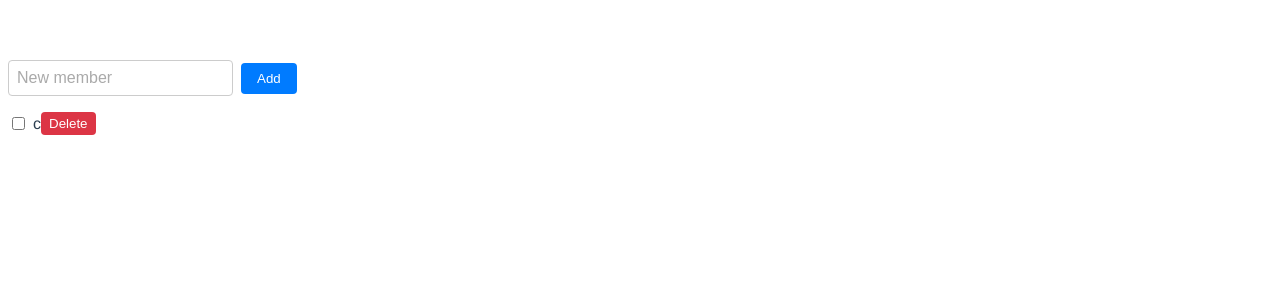
Repository: anhthu112/Todo-list
Page: /
These files come from the project's save history. The page is drawn as it stood at one moment and after the next save; the edit follows.
The browser window is 1280 px wide. The pictures show the whole page.
The project was rebuilt for these pictures with package versions that can differ from the ones it lists, and the page was loaded fresh each time. Requests to the local data server were answered from the project's data file. Also part of the build but not shown: vue.config.js.

Above is the page before, as saved 2024-02-01 09:36:44.

### src/App.vue
<template>
  <div class="container">
  <CompTodo/>
  </div>
</template>

<script>
import CompTodo from './components/CompTodo.vue';

export default {
  name: 'App',

  components: {
    CompTodo,
},
}
</script>

<style>
#app {
  font-family: Avenir, Helvetica, Arial, sans-serif;
  -webkit-font-smoothing: antialiased;
  -moz-osx-font-smoothing: grayscale;
  text-align: center;
  color: #2c3e50;
  margin-top: 60px;
}
</style>

### src/components/CompTodo.vue
<template>
    <div>
        <AddTodo @add-todo="addTodo" />
        <TodoItem
            v-for="todoItem in todo"
            :key="todoItem.id"
            :todoProps="todoItem"
            @item-complete="markComplete"
            @deleteItem="deleteItem(todoItem.id)"
        />
    </div>
</template>

<script>
import TodoItem from './TodoItem.vue';
import AddTodo from './AddTodo.vue';
import axios from 'axios';

export default {
    name: 'ToDo',
    data() {
        return {
            todo: []
        };
    },
    methods: {
        async getAlltodo() {
            try {
                const res = await axios.get('http://localhost:3000/posts');
                this.todo = res.data;
                console.log(res.data);
            } catch (err) {
                console.log(err);
            }
        },
        markComplete(todoItem) {
            console.log(todoItem);
            todoItem.completed = !todoItem.completed;
            console.log(todoItem.completed);
        },
        async deleteItem(itemId) {
            try {
                await axios.delete(`http://localhost:3000/posts/${itemId}`);
                console.log(`Item ${itemId} deleted.`);
                this.todo = this.todo.filter(item => item.id !== itemId);
            } catch (err) {
                console.log(err);
            }
        },
        async addTodo(newTodo) {
            try {
                const res = await axios.post('http://localhost:3000/posts', newTodo);
                console.log("New todo added:", res.data);
                this.todo.push(res.data);
            } catch (err) {
                console.log(err);
            }
        }
    },
    mounted() {
        this.getAlltodo();
    },
    components: {
        TodoItem,
        AddTodo,
    },
};
</script>

<style>
</style>

### src/components/TodoItem.vue
<template>
    <p :class="['todo-item', todoProps.completed ? 'is-complete' : '']">
      <input type="checkbox" :checked="todoProps.completed" v-on:change="markItemCompleted"/>
      {{ todoProps.title }}
      <button v-on:click="deleteItem" class="btn-delete">Delete</button>
    </p>

  </template>

  <script>
  export default {
      name: 'todo-item',
      data (){
        return {
        }
      },
      props: ['todoProps'],
      methods:{
        markItemCompleted(){
          this.$emit('item-complete',this.todoProps);
        },
        deleteItem(){
          this.$emit('deleteItem', this.todoProps);
        }
      }

  }
  </script>

  <style>
.todo-item {
  display: flex;
  align-items: center;
  margin-bottom: 8px;
  font-size: 16px;
}

.is-complete {
  text-decoration: line-through;
}

.is-complete {
  color: #888;
}


.todo-item input[type="checkbox"] {
  margin-right: 8px;
}

.btn-delete {
  background-color: #dc3545;
  color: #fff;
  border: none;
  padding: 4px 8px;
  border-radius: 4px;
  cursor: pointer;
  text-decoration: none;
}

.btn-delete:hover {
  background-color: #c82333;
}

  </style>

### src/components/AddTodo.vue
<template>
    <form @submit.prevent="addItem">
      <input type="text" placeholder="New member" v-model="title" @input="check" class="input">
      <input type="submit" value="Add" class="add-btn">
    </form>
  </template>

  <script>
  import { ref } from 'vue';
  import { v4 as uuidv4 } from 'uuid';

  export default {
    name: 'AddTodo',
    setup(props, context) {
      const title = ref('');

      const check = () => {
        console.log(title.value);
      };

      const addItem = event => {
        event.preventDefault();
        const newItem = {
          id: uuidv4(),
          title: title.value,
          completed: false
        };
        context.emit('add-todo', newItem);
        title.value = '';
      };

      return {
        title,
        check,
        addItem,
      };
    },
  };
  </script>

  <style>
form {
  display: flex;
  align-items: center;
}

.input {
  padding: 8px;
  border: 1px solid #ccc;
  border-radius: 4px;
  margin-right: 8px;
  font-size: 16px;
}

.add-btn {
  padding: 8px 16px;
  background-color: #007bff;
  color: #fff;
  border: none;
  border-radius: 4px;
  cursor: pointer;
}

.add-btn:hover {
  background-color: #0056b3;
}

.input::placeholder {
  color: #aaa;
}

.input:focus {
  outline: none;
  border-color: #007bff;
}

  </style>

### db.json
{
  "posts": [
    {
      "id": "487a21aa-0c37-458f-a4a2-1da914d3799c",
      "title": "c",
      "completed": false
    }
  ]
}

Loaded but not shown: public/index.html (common file); src/main.js (common file)

After the next save:
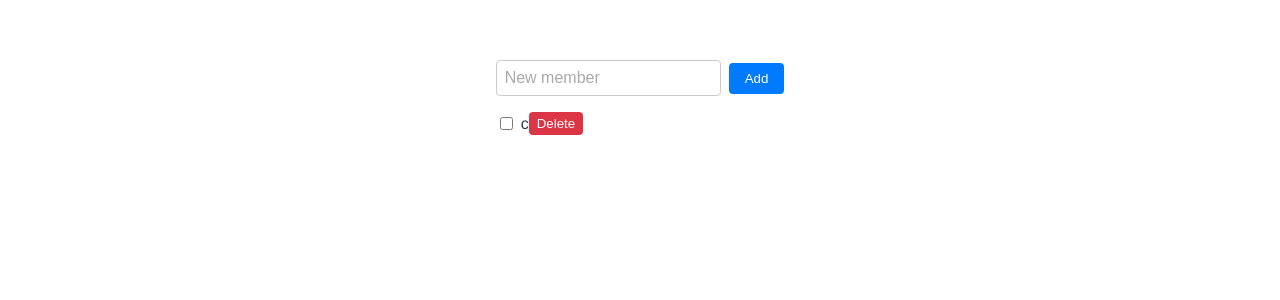
Saved 2 min 19 s later.
--- a/src/App.vue
+++ b/src/App.vue
@@ -25,4 +25,8 @@ export default {
   color: #2c3e50;
   margin-top: 60px;
 }
+.container{
+    display: flex;
+    justify-content: center;
+  }
 </style>
